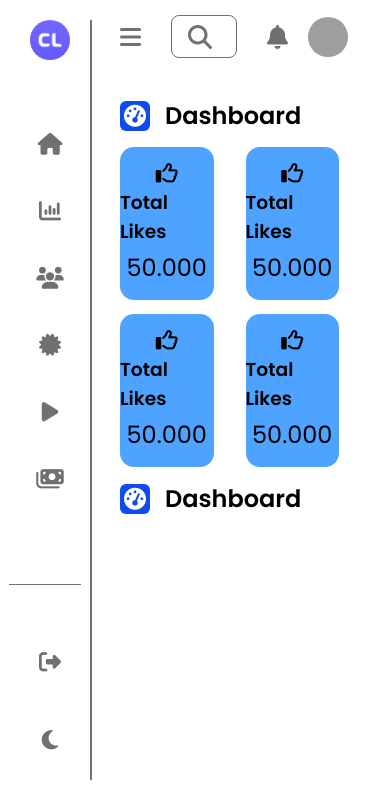
Repository: phamngocthang/practice-html-css
Page: Admin/dist/index.html
These files come from the project's save history. The page is drawn as it stood at one moment and after the next save; the edit follows.
The browser window is 375 px wide. The pictures show the whole page.
Pictures or frames that could not be fetched are drawn as grey boxes. The style sheet was rebuilt from its Sass, Less or Tailwind sources for each picture, by a compiler version that may differ from the author's.

Above is the page before, as saved 2023-10-25 13:52:49.

### Admin/dist/index.html
<!DOCTYPE html>
<html lang="en">
<head>
    <meta charset="UTF-8">
    <meta name="viewport" content="width=device-width, initial-scale=1.0">
    <title>Document</title>
    <link rel="stylesheet" href="style/main.css">
    <link rel="stylesheet" href="https://cdnjs.cloudflare.com/ajax/libs/font-awesome/6.4.2/css/all.min.css" integrity="sha512-z3gLpd7yknf1YoNbCzqRKc4qyor8gaKU1qmn+CShxbuBusANI9QpRohGBreCFkKxLhei6S9CQXFEbbKuqLg0DA==" crossorigin="anonymous" referrerpolicy="no-referrer" />
</head>
<body>
    <nav>
        <div class="logo">
            <div class="logo__image">
                <img src="/Images/logo.png" alt="">
            </div>

            <span class="logo__name">
                E-LEARNING
            </span>
        </div>

        <div class="menu">
            <ul class="menu__link">
                <li class="menu__link__item"><a href="#">
                    <i class="fa-solid fa-house"></i>
                    <span>Dashboard</span>
                </a></li>
                <li class="menu__link__item"><a href="#">
                    <i class="fa-solid fa-chart-column"></i>
                    <span>Analytics</span>
                </a></li>
                <li class="menu__link__item"><a href="#">
                    <i class="fa-solid fa-users"></i>
                    <span>Users</span>
                </a></li>
                <li class="menu__link__item"><a href="#">
                    <i class="fa-solid fa-certificate"></i>
                    <span>Category</span>
                </a></li>
                <li class="menu__link__item"><a href="#">
                    <i class="fa-solid fa-play"></i>
                    <span>Courses</span>
                </a></li>
                <li class="menu__link__item"><a href="#">
                    <i class="fa-solid fa-money-bills"></i>
                    <span>Profit</span>
                </a></li>
            </ul>

            <ul class="menu__link">
                <li class="menu__link__item"><a href="#">
                    <i class="fa-solid fa-right-from-bracket"></i>
                    <span>Logout</span>
                </a></li>

                <li class="menu__link__item menu__link__item--darkmode"><a href="#">
                        <i class="fa-solid fa-moon"></i>
                        <span>Dark Mode</span>
                        <div class="menu__toggle">
                            <span class="menu__switch"></span>
                        </div>
                    </a>
                </li>
            </ul>
        </div>
    </nav>

    <section class="dashboard">
        <div class="top">
            <i class="fa-solid fa-bars top__bar"></i>
            <div class="top__search-box">
                <i class="fa-solid fa-magnifying-glass"></i>
                <input type="text" placeholder="Search here...">
            </div>
            <div class="top__image">
                <i class="fa-solid fa-bell bell"></i>
                <img src="/Images/avatar.jpg" alt="">
            </div>
        </div>

        <div class="content">
            <div class="overview">
                <div class="title">
                    <div class="title__logo">
                        <i class="fa-solid fa-gauge-high"></i>
                    </div>
                    <h1 class="title__name">Dashboard</h1>
                </div>

                <div class="data">
                    <div class="data__box">
                        <i class="fa-regular fa-thumbs-up data__box__icon"></i>
                        <h3 class="data__box__title">Total Likes</h3>
                        <span class="data__box__number">50.000</span>
                    </div>
                    <div class="data__box">
                        <i class="fa-regular fa-thumbs-up data__box__icon"></i>
                        <h3 class="data__box__title">Total Likes</h3>
                        <span class="data__box__number">50.000</span>
                    </div>
                    <div class="data__box">
                        <i class="fa-regular fa-thumbs-up data__box__icon"></i>
                        <h3 class="data__box__title">Total Likes</h3>
                        <span class="data__box__number">50.000</span>
                    </div>
                    <div class="data__box">
                        <i class="fa-regular fa-thumbs-up data__box__icon"></i>
                        <h3 class="data__box__title">Total Likes</h3>
                        <span class="data__box__number">50.000</span>
                    </div>
                </div>
            </div>

            <div class="activity">
                <div class="title">
                    <div class="title__logo">
                        <i class="fa-solid fa-gauge-high"></i>
                    </div>
                    <h1 class="title__name">Dashboard</h1>
                </div>
            </div>
        </div>
    </section>

    <script src="script.js">

    </script>
</body>
</html>

### Admin/dist/script.js
const body = document.querySelector("body");
const modeTogger = document.querySelector(".menu__toggle");
const sideBar = body.querySelector("nav")
const sideBarToggle = body.querySelector(".top__bar");

modeTogger.addEventListener("click", () => {
    body.classList.toggle("dark")
})

sideBarToggle.addEventListener("click", () => {
    sideBar.classList.toggle("close");
})

### Admin/scss/main.scss
@import url('https://fonts.googleapis.com/css2?family=Poppins:wght@200;300;400;500;600&display=swap');
@import 'variables';
* {
    margin: 0;
    padding: 0;
    box-sizing: border-box;
    font-family: 'Poppins', sans-serif;
}

body {
    --primary-color: #{$primary-color};
    --panel-color: #{$panel-color};
    --text-color: #{$text-color};
    --black-light-color: #{$black-light-color};
    --border-color: #{$border-color};
    --toggle-color: #{$toggle-color};
    --box1-color: #{$box1-color};
    --box2-color: #{$box2-color};
    --box3-color: #{$box3-color};
    --title-icon-color: #{$title-icon-color};
    min-height: 100vh;
}

body.dark {
    --primary-color: #3A3B3C;
    --panel-color: #242526;
    --text-color: #FFF;
    --black-light-color: #CCC;
    --border-color: #4D4C4C;
    --toggle-color: #FFF;
    --box1-color: #3A3B3C;
    --box2-color: #3A3B3C;
    --box3-color: #3A3B3C;
    --title-icon-color: #CCC;

    .menu__switch::before {
        left: 20px !important;
    }
}

nav {
    position: fixed;
    width: 250px;
    height: 100%;
    top: 0;
    left: 0;
    background-color: var(--panel-color);
    transition: $tran-05;

    .logo {
        display: flex;
        align-items: center;
        height: 80px;

        &__image {
            min-width: 45px;
            display: flex;
            align-items: center;
            padding-right: 10px;
            min-width: 80px;
            justify-content: flex-end;

            img {
                width: 40px;
                border-radius: 50%;
                object-fit: cover;
            }

        }

        &__name {
            color: var(--text-color);
            font-weight: 600;
            font-size: 22px;
            flex: 1;
            transition: $tran-05;
            white-space: nowrap;
        }
    }

    .menu {
        height: 100%;
        padding: 30px 0px 30px 20px;
        position: relative;


        &::after {
            content: '';
            left: 50%;
            top: 63%;
            width: 80%;
            height: 0.5px;
            transform: translateX(-50%);
            background-color: var(--black-light-color);
            position: absolute;
        }

        &__link {
            list-style: none;
            display: flex;
            flex-direction: column;
            align-items: flex-start;


            &:nth-child(1) {
                height: 70%;
            }


            &__item {
                padding: 20px 0;

                a {
                    text-decoration: none;
                    color: var(--black-light-color);
                    font-size: 18px;
                    display: flex;
                    align-items: center;
                    position: relative;
                    transition: 0.4 ease all;

                    i {
                        min-width: 60px;
                        text-align: center;
                        font-size: 22px;
                    }

                    span {
                        font-weight: 400;
                        transition: $tran-05;
                        white-space: nowrap;
                    }

                    &:hover {
                        color: var(--primary-color);

                        &::before {
                            content: '';
                            width: 5px;
                            height: 5px;
                            border-radius: 50%;
                            background-color: var(--primary-color);
                            position: absolute;
                            transition: 0.4 ease all;
                        }
                    }
                }
            }

            &__item--darkmode {
                display: flex;
                align-items: center;


                .menu__toggle {
                    margin-left: 20px;
                    height: 50px;
                    min-width: 45px;
                    display: flex;
                    align-items: center;
                    justify-content: center;

                    .menu__switch {
                        display: inline-block;
                        border-radius: 25px;
                        position: relative;
                        height: 22px;
                        width: 40px;
                        background-color: var(--toggle-color);

                        &::before {
                            content: '';
                            width: 15px;
                            height: 15px;
                            position: absolute;
                            background-color: var(--title-icon-color);
                            border-radius: 50%;
                            left: 3px;
                            top: 50%;
                            transform: translateY(-50%);
                            transition: $tran-03;
                        }
                    }
                }
            }
        }
    }


}

nav.close {
    width: 90px;

    .menu__link__item {
        span {
            opacity: 0;
            pointer-events: none;
        }
    }

    .logo__name {
        opacity: 0;
        pointer-events: none;
    }

    & ~ .dashboard {
        left: 90px;
        width: calc(100% - 90px);
    }
}

.dashboard {
    background-color: var(--panel-color);
    width: calc(100% - 250px);
    left: 250px;
    min-height: 100vh;
    position: relative;
    padding: 15px 30px 40px;
    transition: $tran-05;

    &::before {
        content: '';
        width: 2px;
        height: 95%;
        background-color: var(--black-light-color);
        left: 0;
        top: 50%;
        transform: translateY(-50%);
        position: absolute;
    }

    .top {
        height: 10%;
        display: flex;
        align-items: center;
        justify-content: space-between;

        i {
            font-size: 24px;
            color: var(--black-light-color);
        }

        &__bar {
            cursor: pointer;
        }

        &__search-box {
            flex: 1;
            width: 100%;
            padding: 8px;
            border-radius: 8px;
            border: 0.4px solid var(--black-light-color);
            margin: 0 30px;
            display: flex;
            align-items: center;

            i {
                font-size: 24px;
                padding: 0 16px 0 8px;
                color: var(--black-light-color);
            }

            input {
                font-size: 16px;
                outline: none;
                border: none;
                height: 100%;
                width: 100%;
                background-color: transparent;
                color: var(--text-color);
            }
        }

        &__image {
            display: flex;
            align-items: center;

            .bell {
                cursor: pointer;
                margin-right: 20px;
            }

            img {
                cursor: pointer;
                width: 40px;
                height: 40px;
                object-fit: cover;
                border-radius: 50%;
            }
        }
    }

    .content {
        margin-top: 40px;
            .title {
                display: flex;
                align-items: center;

                &__logo {
                    height: 30px;
                    width: 30px;
                    display: flex;
                    align-items: center;
                    justify-content: center;
                    background-color: var(--primary-color);
                    border-radius: 6px;
                    margin-right: 15px;

                    i {
                        font-size: 22px;
                        color: var(--panel-color);
                    }
                }

                &__name {
                    color: var(--text-color);
                }
            }

            .data {
                display: flex;
                flex-wrap: wrap;
                margin-top: 30px;
                margin-left: -32px;

                &__box {
                    border-radius: 14px;
                    margin-left: 32px;
                    width: calc(100% / 4 - 32px);
                    display: flex;
                    flex-direction: column;
                    align-items: center;
                    background-color: var(--box1-color);
                    color: var(--text-color);
                    padding: 15px 0;

                    &__icon {
                        font-size: 30px;
                    }

                    &__title {
                        margin: 4px 0;
                    }

                    &__number {
                        font-size: 30px;
                    }
                }
            }

            .activity {
                margin-top: 40px;
            }
    }
}


@media (max-width: 1000px) {
    nav {
        width: 90px;

        .menu__link__item {
            span {
                opacity: 0;
                pointer-events: none;
            }
        }

        .logo__name {
            opacity: 0;
            pointer-events: none;
        }

        & ~ .dashboard {
            left: 90px;
            width: calc(100% - 90px);
        }
    }
}

@media (max-width: 820px) {
    .dashboard {
        .content {
            .data {
                margin-top: 0;
                &__box {
                    width: calc(100% / 2 - 35px);
                    margin-top: 14px;

                    &__icon {
                        font-size: 22px;
                    }

                    &__number {
                        font-size: 24px;
                    }
                }

            }

            .activity {
                margin-top: 14px;
            }
        }
    }
}

### Admin/scss/_variables.scss
/* ===== Colors ===== */
$primary-color: #0E4BF1;
$panel-color: #FFF;
$text-color: #000;
$black-light-color: #707070;
$border-color: #e6e5e5;
$toggle-color: #DDD;
$box1-color: #4DA3FF;
$box2-color: #FFE6AC;
$box3-color: #E7D1FC;
$title-icon-color: #fff;

/* ====== Transition ====== */
$tran-05: all 0.5s ease;
$tran-03: all 0.3s ease;
$tran-03: all 0.2s ease;

After the next save:
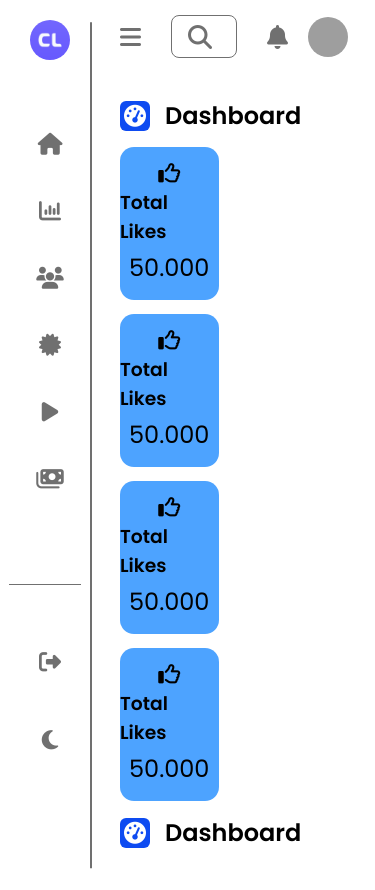
Saved 97 s later.
--- a/Admin/scss/main.scss
+++ b/Admin/scss/main.scss
@@ -405,3 +405,29 @@ nav.close {
         }
     }
 }
+
+@media (max-width: 500px) {
+    .dashboard {
+        .content {
+            .data {
+                &__box {
+                    width: calc(100% / 2 - 30px);
+                    margin-top: 14px;
+
+                    &__icon {
+                        font-size: 22px;
+                    }
+
+                    &__number {
+                        font-size: 24px;
+                    }
+                }
+
+            }
+
+            .activity {
+                margin-top: 14px;
+            }
+        }
+    }
+}

After the save that followed:
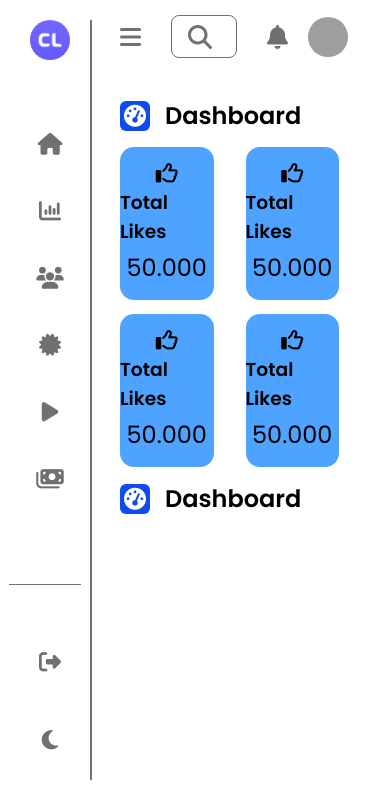
Saved 8 s later.
--- a/Admin/scss/main.scss
+++ b/Admin/scss/main.scss
@@ -411,7 +411,7 @@ nav.close {
         .content {
             .data {
                 &__box {
-                    width: calc(100% / 2 - 30px);
+                    width: calc(100% / 2 - 35px);
                     margin-top: 14px;
 
                     &__icon {
